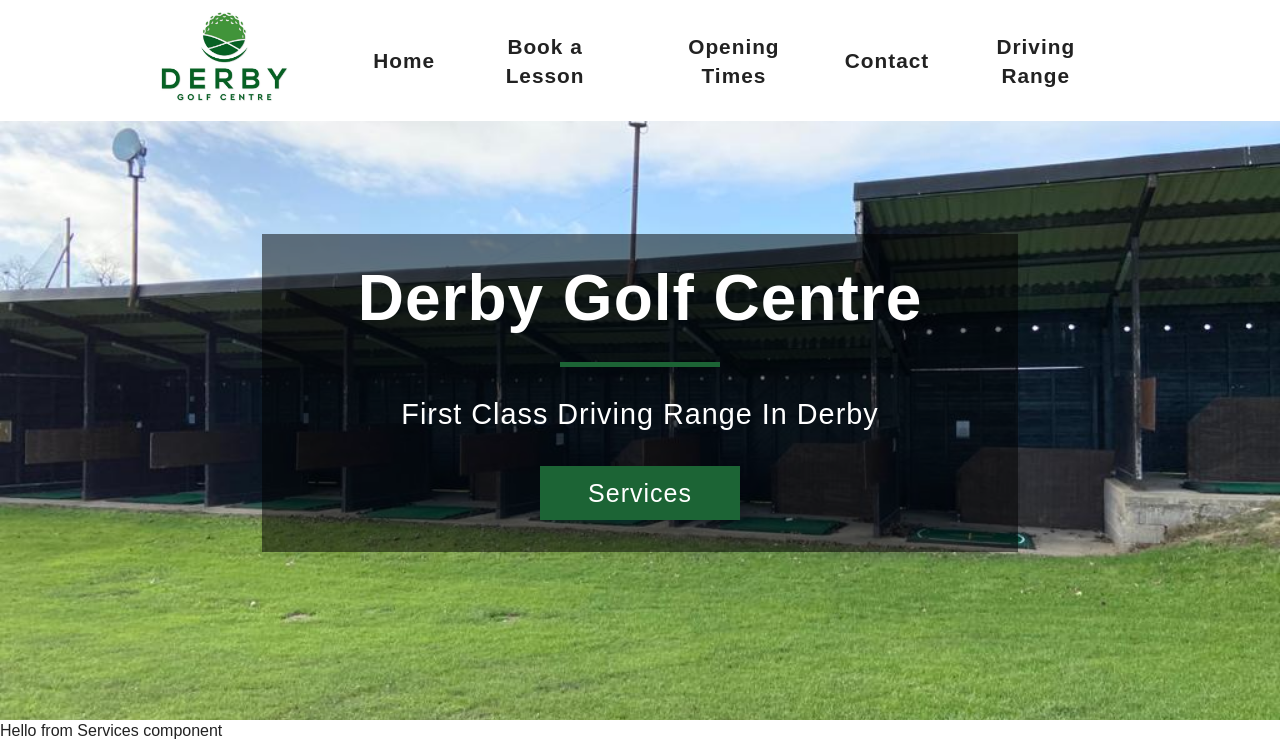
Repository: frankinstyyn/nigeljamesconsulting
Page: /
These files come from the project's save history. The page is drawn as it stood at one moment and after the next save; the edit follows.
The browser window is 1280 px wide. The pictures show the whole page.
Some web fonts or font styles are not loaded; a fallback is used. The project was rebuilt for these pictures with package versions that can differ from the ones it lists, and the page was loaded fresh each time. Also part of the build but not shown: src/pages/Lesson.js, src/pages/SingleRoom.js, src/pages/Error.js.

Above is the page before, as saved 2021-01-08 15:34:55.

After the next save:
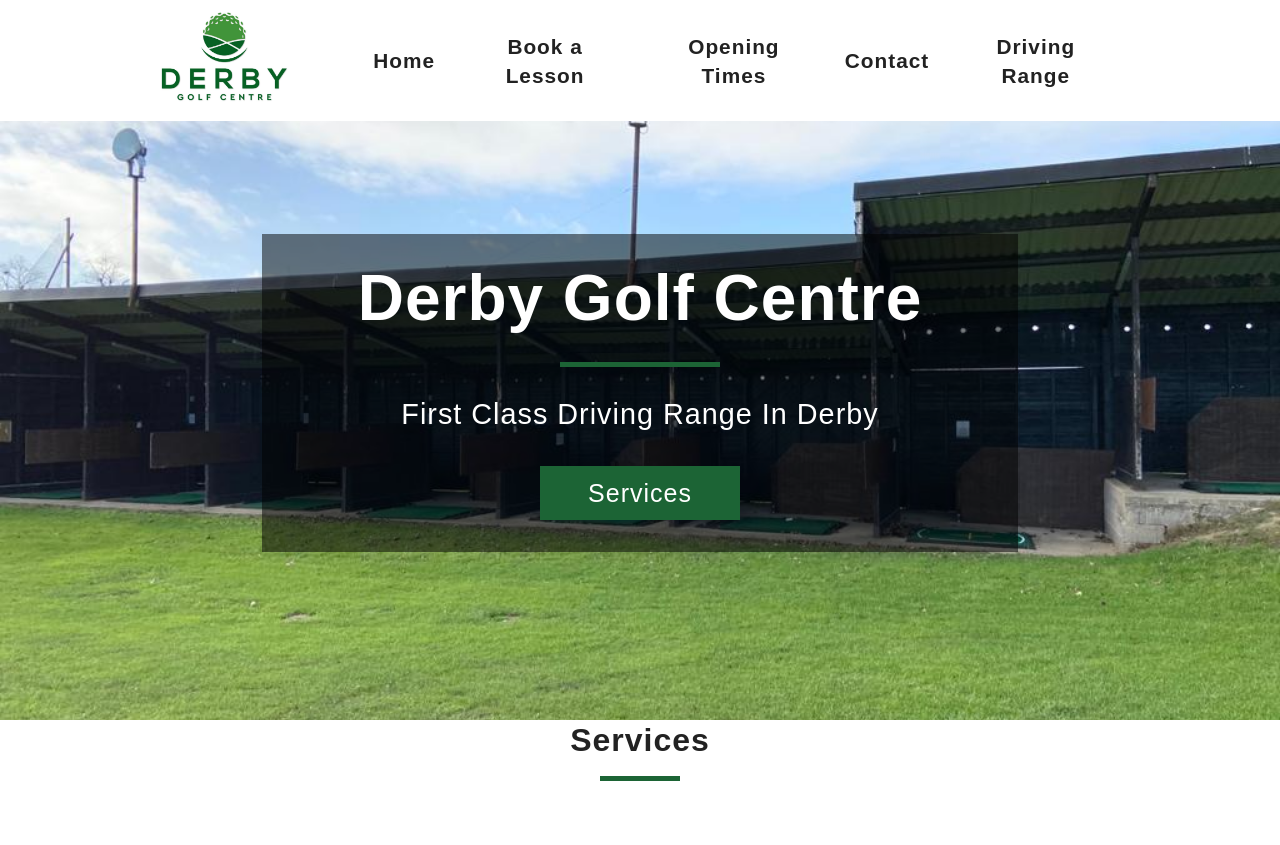
Saved 30 s later.
--- a/src/components/Services.js
+++ b/src/components/Services.js
@@ -5,7 +5,7 @@
     render() {
         return (
             <div>
-                Hello from Services component
+                <Title title="services" />
             </div>
         )
     }
